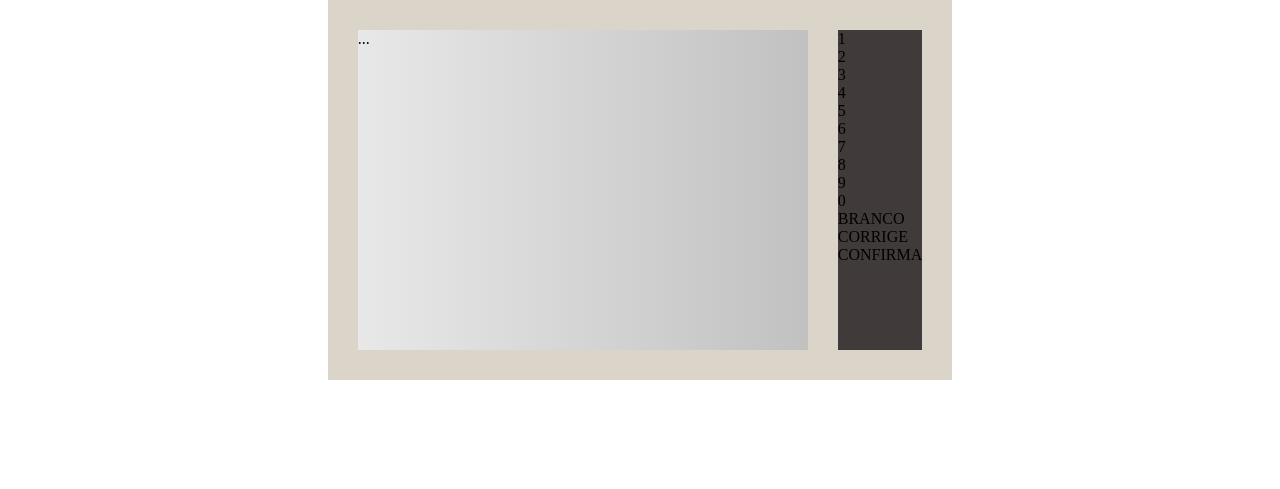
Repository: ThiagoIturra/urnaJs
Page: index.html
These files come from the project's save history. The page is drawn as it stood at one moment and after the next save; the edit follows.
The browser window is 1280 px wide. The pictures show the whole page.

Above is the page before, as saved 2022-01-05 15:55:23.

After the next save:
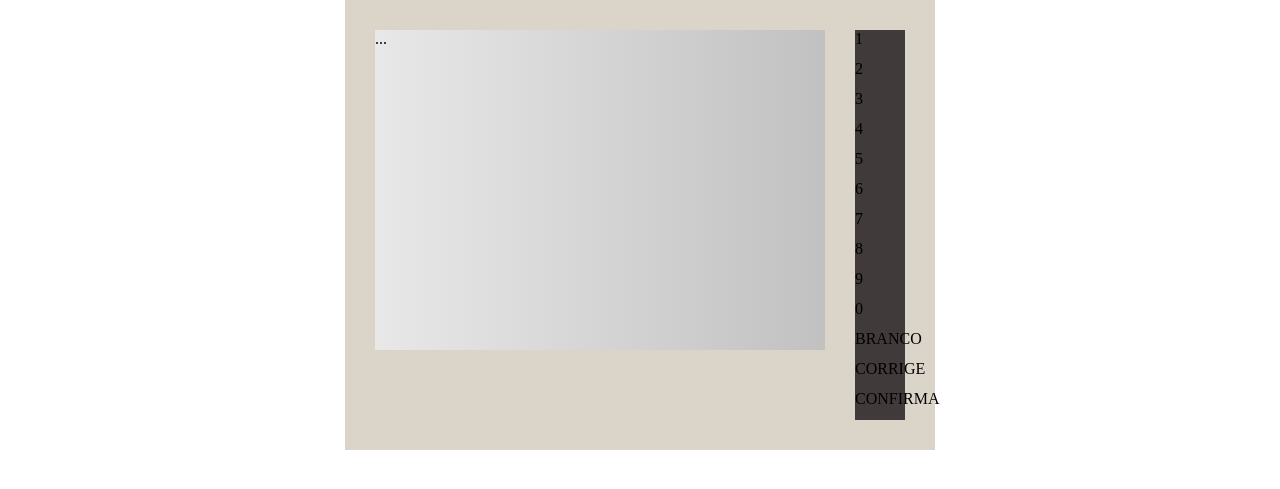
Saved 73 s later.
--- a/style.css
+++ b/style.css
@@ -21,3 +21,8 @@ body {
     background-color: #403A3A;
     margin-left: 30px;
 }
+
+.keyboard--button {
+    width: 50px;
+    height: 30px;
+}
